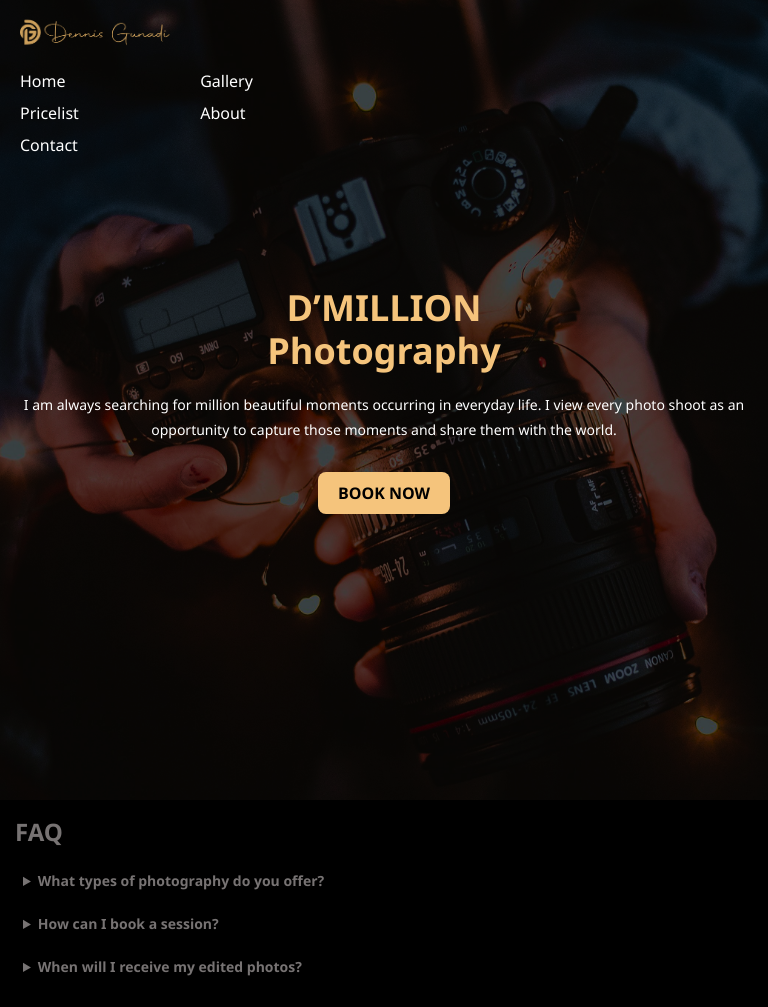
Repository: Diegoms0595/Diego-Final-project2
Page: index.html
An editor plug-in stored every save of this project. The page is shown before and after the next save, followed by the edit.
The browser window is 768 px wide. The pictures show the whole page.

Above is the page before, as saved 2025-06-03 16:19:44.

After the next save:
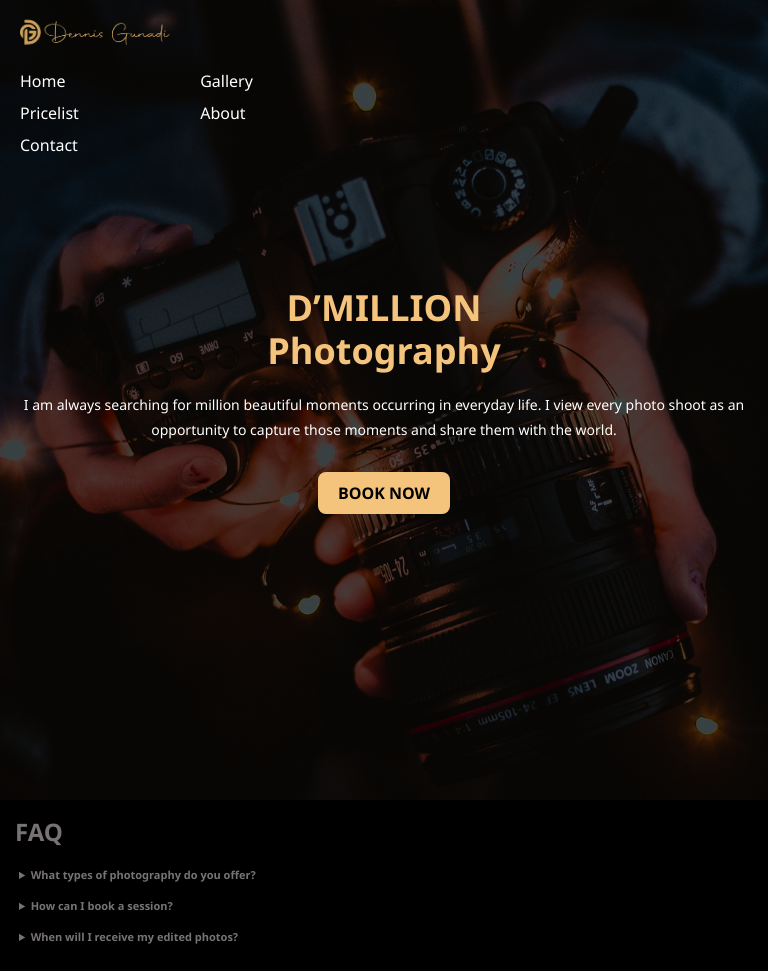
Saved 30 s later.
--- a/main.css
+++ b/main.css
@@ -185,17 +185,16 @@
   }
 
   footer details {
-    padding: 8px;
+    padding: 4px;
     margin-bottom: 8px;
   }
 
   footer summary {
-    font-size: 14px;
+    font-size: 11px;
   }
 
   footer details p {
-    font-size: 13px;
-    line-height: 1.4;
+    font-size: 9px;
   }
 }
 footer .FAQ {
